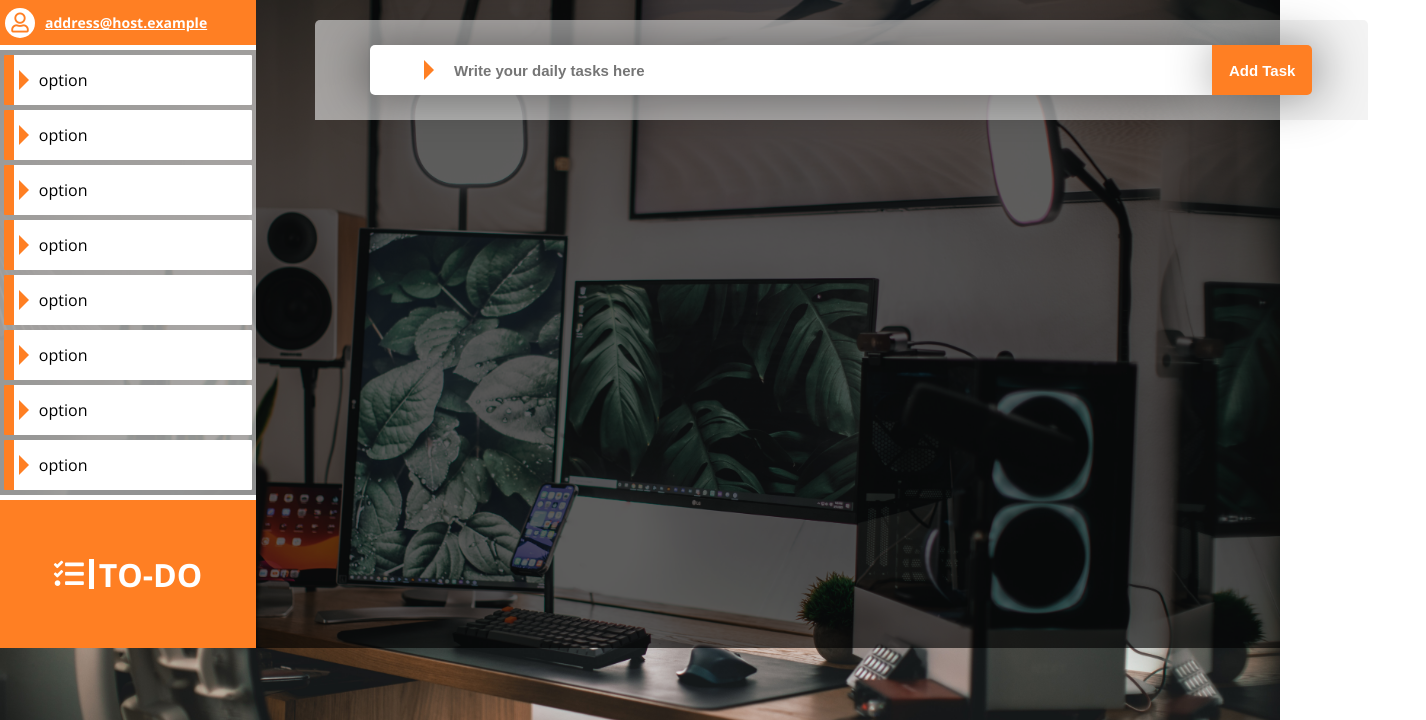
Repository: OmarEssameldinMousa/To-do-list-level01
Page: index.html
An editor plug-in stored every save of this project. The page is shown before and after the next save, followed by the edit.
The browser window is 1280 px wide. The page is 1426 px wide, then 1280 px, so the pictures cover 1426 px, including what lies to the right of the window. The pictures show the whole page.

Above is the page before, as saved 2023-08-08 12:47:03.

After the next save:
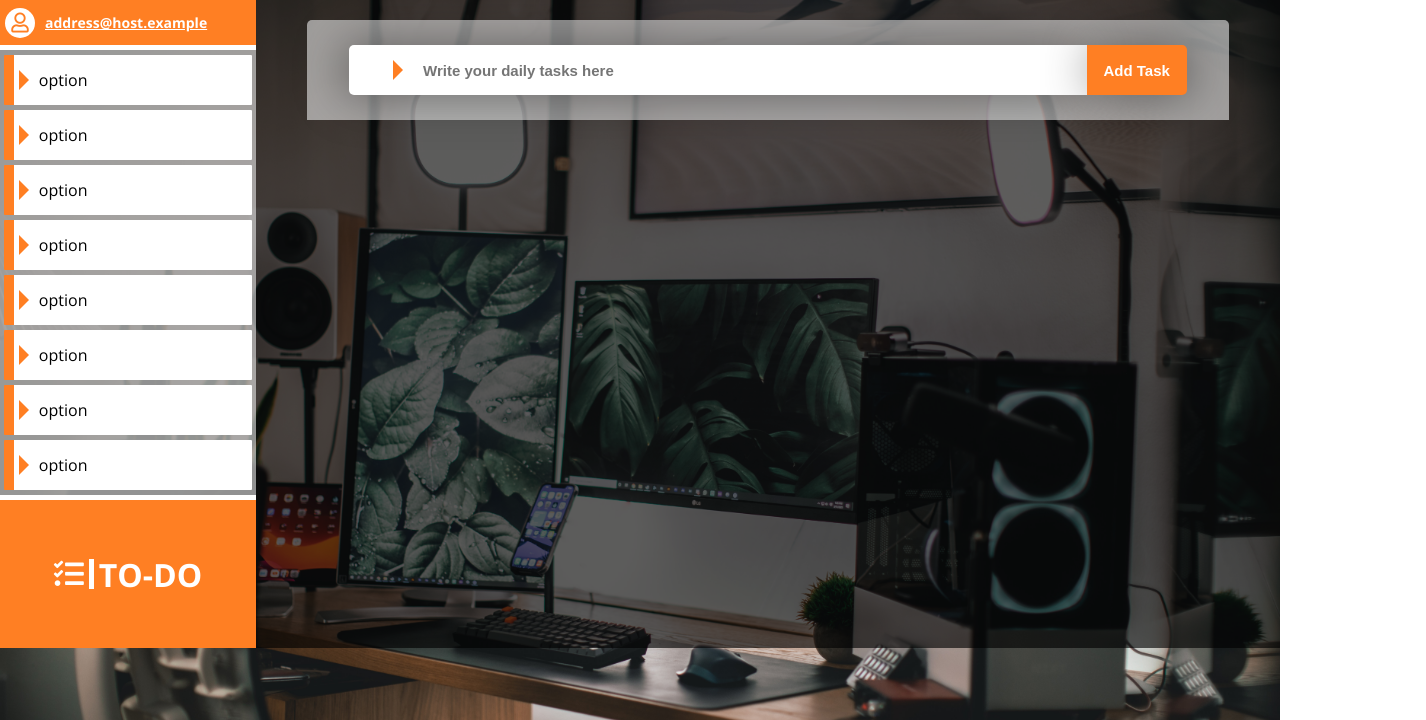
Saved 2 min 4 s later.
--- a/main.css
+++ b/main.css
@@ -2,9 +2,6 @@
     --main-color: rgba(235, 235, 235, 0.6);
     --secondery-color: #ff7f23;
 }
-
-/* mobiles */
-/* mobiles */
 
 * {
     -webkit-box-sizing: border-box;
@@ -392,25 +389,17 @@ li .toggle {
     .navigation .footer {
         display: none;
     }
+
+    .nav .navigation .profile i.fa-solid.fa-bars {
+        display: inline-block;
+    }
 }
 
 /* Small */
-@media (min-width: 768px) {
-    .container {
-        width: 750px;
-    }
-}
+@media (min-width: 768px) {}
 
 /* Medium */
-@media (min-width: 992px) {
-    .container {
-        width: 970px;
-    }
-}
+@media (min-width: 992px) {}
 
 /* Large */
-@media (min-width: 1200px) {
-    .container {
-        width: 1170px;
-    }
-}
+@media (min-width: 1200px) {}
